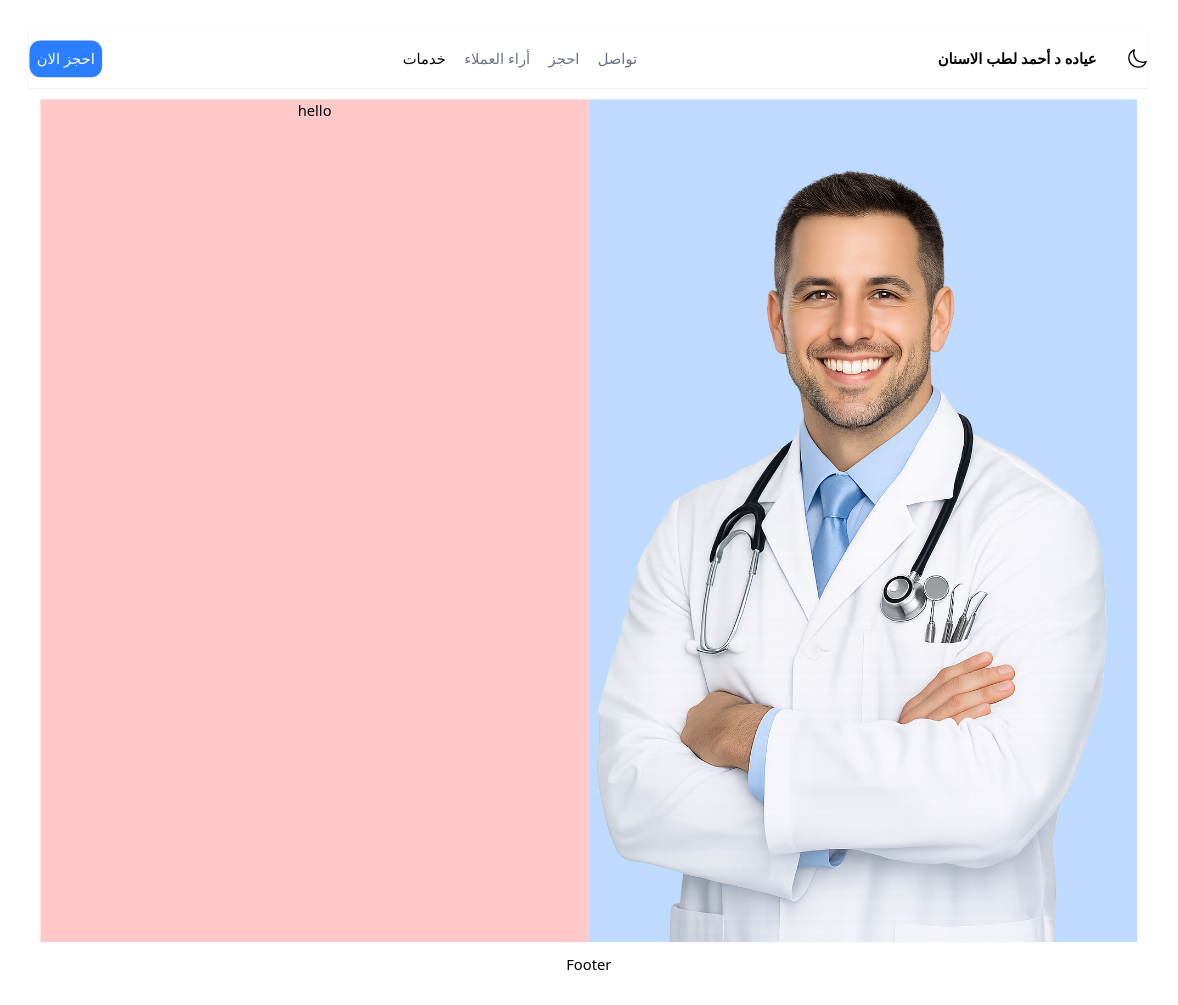
Repository: mohamedehab23-pro/clinic
Page: /
The author's editor kept a copy of each file at every save. The page is drawn from the files as they stood at one save, then again after a run of saves.
The browser window is 1280 px wide. The pictures show the whole page, at 92% of full size.
The project was rebuilt for these pictures with package versions that can differ from the ones it lists, and the page was loaded fresh each time. Also part of the build but not shown: vite.config.js, src/Pages/AboutPage.jsx, src/Pages/ContactPage.jsx, src/Pages/NotFound.jsx, src/Components/Child.jsx, src/Components/Parent.jsx.

Above is the page before, as saved 2026-02-22 14:05:36.

After the next 5 saves:
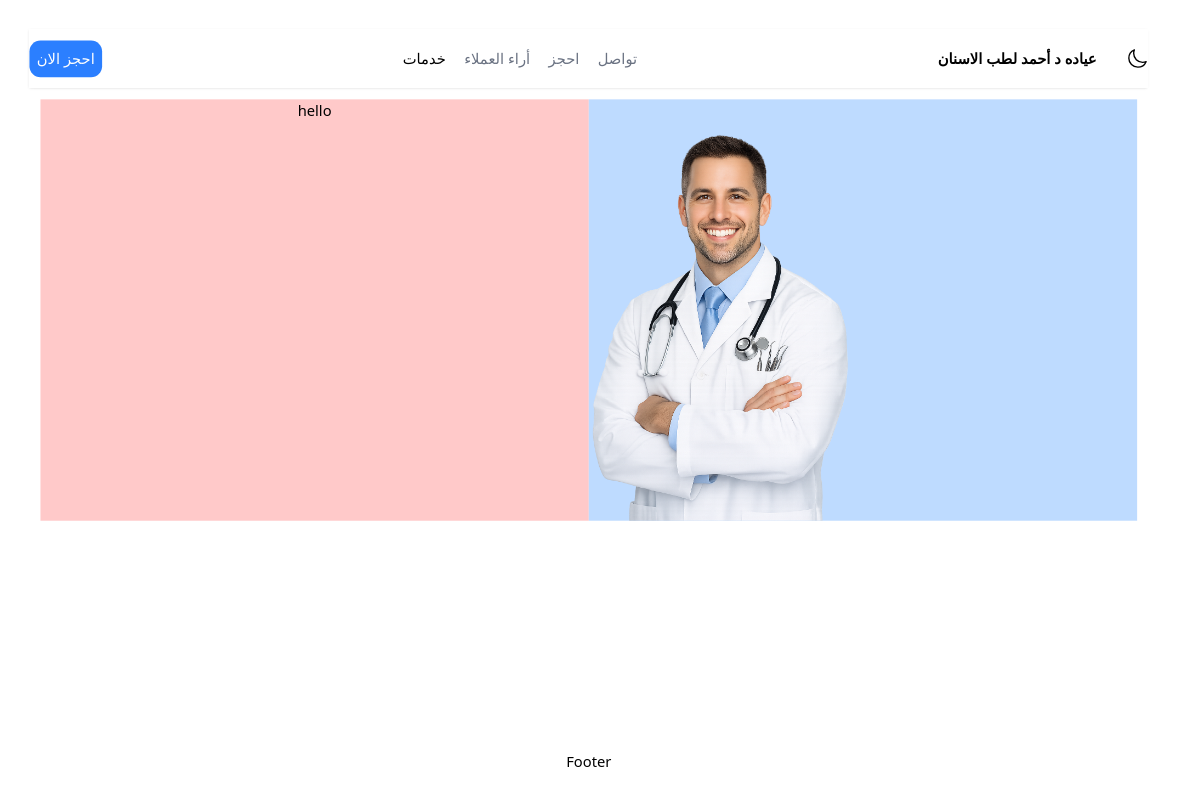
The 5 saves are shown as one change because they came seconds apart.
The last was saved 19 s later.
--- a/src/Pages/HeroPage.jsx
+++ b/src/Pages/HeroPage.jsx
@@ -8,7 +8,7 @@ export default function HomePage() {
   hello
 </div>
 <div className='bg-blue-200 w-full'>
- <img src={sora} alt="doctor" className='w-400' />
+ <img src={sora} alt="doctor" className='w-[50%]' />
 </div>
       </div>
 
